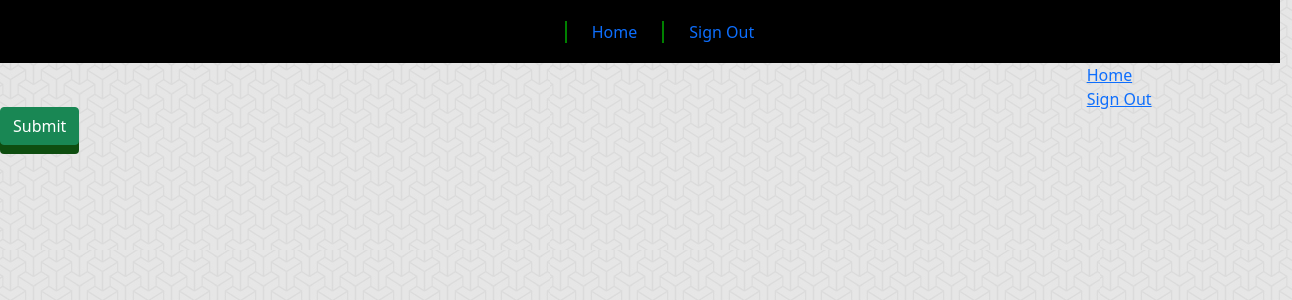
Repository: kavine24/CS490-Python-LMS
Page: html/portal/s/TakeQuiz.html
These files come from the project's save history. The page is drawn as it stood at one moment and after the next save; the edit follows.
The browser window is 1280 px wide. The page is 1292 px wide, so the pictures cover 1292 px, including what lies to the right of the window. The pictures show the whole page.
The page's requests for data from a server got no answer.

Above is the page before, as saved 2022-04-20 18:26:04.

### html/portal/s/TakeQuiz.html
<!DOCTYPE html>
<html>
  <head>
    <title>Take Exam</title>
    <link rel="stylesheet" href="/style.css">

    <link href="https://cdn.jsdelivr.net/npm/bootstrap@5.1.3/dist/css/bootstrap.min.css" rel="stylesheet" integrity="sha384-1BmE4kWBq78iYhFldvKuhfTAU6auU8tT94WrHftjDbrCEXSU1oBoqyl2QvZ6jIW3" crossorigin="anonymous">
  </head>
  <body>
    <header class="mainHeader">
      <h1 id="header" class="header"></h1>
      <ul class="navLIST">
        <li><a href="http://cs490testcenter.ddns.net:50000/portal/s/Home.php">Home</a></li>
        <li><a href="http://cs490testcenter.ddns.net:50000">Sign Out</a></li>
      </ul>
      <br>
    </header>
    <div class="row">
      <div id="testForm" class="col-10">
        <form id="takeExamForm"onsubmit="submitForm()">
            <br>
            <input id="submit" type="submit" placeholder="Submit" class="btn btn-success submit"></input>
        </form>
      </div>
      <div id="legend" class="col-2">
        <ul class="nav flex-column">
          <li><a href="http://cs490testcenter.ddns.net:50000/portal/s/Home.php">Home</a></li>
          <li><a href="http://cs490testcenter.ddns.net:50000">Sign Out</a></li>
        </ul>
      </div>
    </div>
    <script>
      const inputs = [];

      const urlParams = new URLSearchParams(window.location.search);
      var requestType = 'GetExamFTM';
      const examID = urlParams.get('examID');

      const form = document.getElementById("takeExamForm");
      function handleForm(event) { event.preventDefault(); }
      form.addEventListener('submit', handleForm);

      function displayExams(){
        const data = {examID, requestType};

        const options = {
          method:'POST',
          headers: {
              "Content-type": "application/json; charset=UTF-8"
          },
          body: JSON.stringify(data)
        };

        fetch('http://cs490testcenter.ddns.net:50000/portal/frontBrowser.php', options)
        .then(response => {
          return response.json();
        })
        .then(data => {
          console.log(data);
          const header = document.getElementById("header");
          header.appendChild(document.createTextNode(data[0].examName));

          header.appendChild(document.createTextNode(" Total Points: " + data[0].totalPoints));
          header.appendChild(document.createElement("br"));
          header.setAttribute("class", "header");

          for(let i = 1; i < data.length; i++){
            const div = document.createElement("div");

            const question = document.createElement("label");
            question.setAttribute("class", "container");
            question.appendChild(document.createTextNode("Question " + i));
            question.appendChild(document.createElement("br"));

            question.appendChild(document.createTextNode("Points: " + data[i].points));
            question.appendChild(document.createElement("br"));

            question.appendChild(document.createTextNode("Type: " + data[i].type));
            question.appendChild(document.createElement("br"));

            question.appendChild(document.createTextNode("Difficulty: " + data[i].difficulty));
            question.appendChild(document.createElement("br"));

            question.appendChild(document.createTextNode("Question: " + data[i].question));
            question.appendChild(document.createElement("br"));

            input = document.createElement("textarea")
            input.setAttribute("rows", "15");
            input.setAttribute("cols", "95");
            input.setAttribute("required", true);
            input.addEventListener('keydown', function(e) {
              if (e.key == 'Tab') {
                e.preventDefault();
                var start = this.selectionStart;
                var end = this.selectionEnd;

                // set textarea value to: text before caret + tab + text after caret
                this.value = this.value.substring(0, start) +
                "\t" + this.value.substring(end);

                // put caret at right position again
                this.selectionStart = this.selectionEnd = start + 1;
              }
            });

            question.appendChild(document.createElement("br"));
            question.appendChild(input);

            div.appendChild(question);

            const questionandID = {
              questionID: data[i].questionID,
              question: question
            };
            inputs.push(questionandID);
          }
        })
        .catch((error) => {
          console.error('Error:', error);
        });

      };
      function swapQuestion(qNum){
        document.getElementById("takeExamForm").insertBefore(div, document.getElementById("submit"));
        document.getElementById("takeExamForm").insertBefore(document.createElement("br"), document.getElementById("submit"));
        document.getElementById("takeExamForm").insertBefore(document.createElement("br"), document.getElementById("submit"));
      }
      function submitForm(){
        const inputsFormatted = [];
        for(let i = 0; i<inputs.length; i++){
          inputFormatted = {
            questionID: inputs[i].questionID,
            answer: inputs[i].question.lastElementChild.value
          }
          inputsFormatted.push(inputFormatted);
        }

        requestType = "SubmitExamFTM"
        const data = {examID, inputsFormatted, requestType};

        const options = {
          method:'POST',
          headers: {
              "Content-type": "application/json; charset=UTF-8"
          },
          body: JSON.stringify(data)
        };

        fetch('http://cs490testcenter.ddns.net:50000/portal/frontBrowser.php', options)
        .then(response => {
          return response.json();
        })
        .then(data => {
          if(data.didWork == 1){
            location.assign('http://cs490testcenter.ddns.net:50000/portal/s/Home.php');
          }
        })
        .catch((error) => {
          console.error('Error:', error);
        });
      }
      displayExams();
    </script>

  </body>
</html>

### html/style.css
body {
  background-image: url(portal/pictures/background.jpg);
}

.header {
  color: #97BC62FF;
  background-color: black;
  padding: 14px 16px;
  margin-top: 0px;
}

.submit, .userSubmit, .examTakeButtons, .examReviewButtons {
  padding: 10px 10px;
  margin: 0px 0px 15px 0px;
  font-size: 20px;
  cursor: pointer;
  text-decoration: none;
  outline: none;
  color: #fff;
  background-color: #4CAF50;
  border: none;
  border-radius: 12px;
  box-shadow: 0 9px #0e4d10;
}

.submit:hover, .userSubmit:hover {
  background-color: #215f23;
  box-shadow: 0 9px #1f9923;
}

.submit:active, .userSubmit:active {
  box-shadow: 0 5px #1C7F20;
  transform: translateY(4px)
}

.panel-heading, .panel-title {
  border-color: #4CAF50 !important;
  background-color: #0e4d10 !important;
}

/* .panel-title th {
  border-color: #1f9923;
  background-color: #1C7F20;
} */

.btn-primary {
  background-color: #0e4d10 !important;
  border-color: #4CAF50 !important;
}

.btn-success {
  background-color: #198754 !important;
  border-color: #198754 !important;
}

#submit {
  margin: 20px 0px;
}

#goBackHome {
  margin: 20px 15px;
}

.filterable {
  margin-top: 15px;
}

.filterable .panel-heading .pull-right {
  margin-top: -20px;
}

.filterable .filters input[disabled] {
  background-color: transparent;
  border: none;
  cursor: auto;
  box-shadow: none;
  padding: 0;
  height: auto;
}
.filterable .filters input[disabled]::-webkit-input-placeholder {
  color: #333;
}
.filterable .filters input[disabled]::-moz-placeholder {
  color: #333;
}
.filterable .filters input[disabled]:-ms-input-placeholder {
  color: #333;
}

.container {
  background-color: #a2a2a2;
  background-image: url(portal/pictures/divimage.jpg);
  padding: 14px 16px;
}

.mainHeader {
  background-color: black;
  max-height: 70px;
  display: flex;
  flex-direction: row;
  align-items: center;
  flex-shrink: 0;
  justify-content: center;
  top: 0;
  width: 100%;
  border-bottom: solid 3px black;
}

.navLIST {
  margin-top: 20px;
  display: flex;
}

.navLIST li {
  display: inline-block;
  margin-left: 0;
  color: #97BC62FF;
}

.navLIST li a {
  background-color: black;
  text-decoration: none;
  border-left: 2px solid green;
  padding: 0px 25px;
}

.navLIST li a:hover {
  background-color: black;
  text-decoration: underline;
}

/* body {
  background-image: url(portal/pictures/background.jpg);
  text-align: center;
  margin: auto;
}

#indexLog, h1 {
  color: #97BC62FF;
  margin: 0;
  overflow: hidden;
  background-color: black;
  padding: 14px 16px;
  text-align: center;
}

.forms {
  text-align: center;
  display: inline-block;
  overflow-wrap: break-word;
}

.credentialStyle {
  color: #97BC62FF;
  margin: 0;
  padding: 0px 0px 20px;
  font-size: 20px;
  text-shadow: .5px .5px 0 #000;
}

.submit, .userSubmit, .examTakeButtons, .examReviewButtons {
  display: inline-block;
  padding: 15px 25px;
  font-size: 24px;
  cursor: pointer;
  text-align: center;
  text-decoration: none;
  outline: none;
  color: #fff;
  background-color: #4CAF50;
  border: none;
  border-radius: 12px;
  box-shadow: 0 9px #1C7F20;
  margin: 10px 0px;
}

.submit:hover, .userSubmit:hover {
  background-color: #3e8e41;
  box-shadow: 0 9px #1C7F20;
}

.submit:active, .userSubmit:active {
  box-shadow: 0 5px #1C7F20;
  transform: translateY(4px)
}

#createQuestionForm {
  padding: 10px;
  text-align: center;
}

div {
  border-radius: 5px;
  background-color: #a2a2a2;
  background-image: url(portal/pictures/divimage.jpg);
  padding: 20px;
  text-align: center;
  display: inline-block;
  max-width: 750px;
}

.centered {
  position: absolute;
  top: 50%;
  left: 50%;
  transform: translate(-50%, -50%);
  text-align: center;
  display: inline-block;
}

.centeredsearch {
  position: absolute;
  top: 15%;
  left: 50%;
  transform: translate(-50%, -50%);
  text-align: center;
  display: inline-block;
}

.left {
  left: 0;
  display: inline-block;
}


.right {
  right: 0;
  display: inline-block;
}

.split {
  height: 100%;
  width: 50%;
  position: absolute;
}
table , th, td{
  border: 1px solid;
  width: 100%;
} */

After the next save:
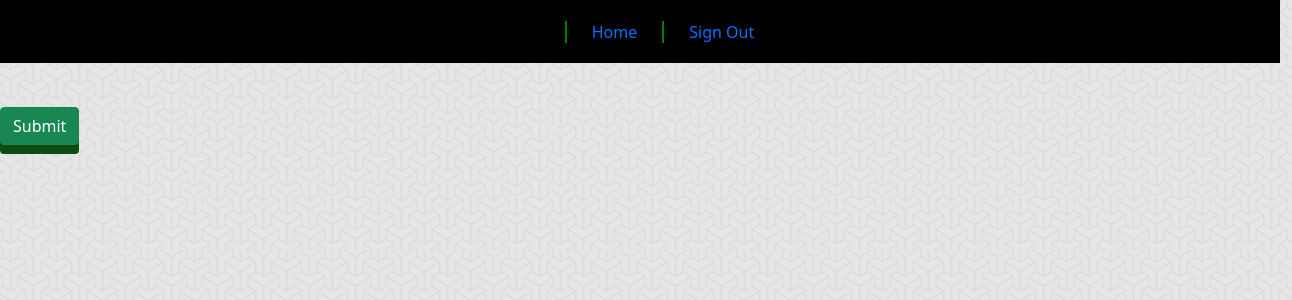
Saved 23 s later.
--- a/html/portal/s/TakeQuiz.html
+++ b/html/portal/s/TakeQuiz.html
@@ -22,10 +22,8 @@
             <input id="submit" type="submit" placeholder="Submit" class="btn btn-success submit"></input>
         </form>
       </div>
-      <div id="legend" class="col-2">
+      <div id="legend" class="col-2 legend">
         <ul class="nav flex-column">
-          <li><a href="http://cs490testcenter.ddns.net:50000/portal/s/Home.php">Home</a></li>
-          <li><a href="http://cs490testcenter.ddns.net:50000">Sign Out</a></li>
         </ul>
       </div>
     </div>
